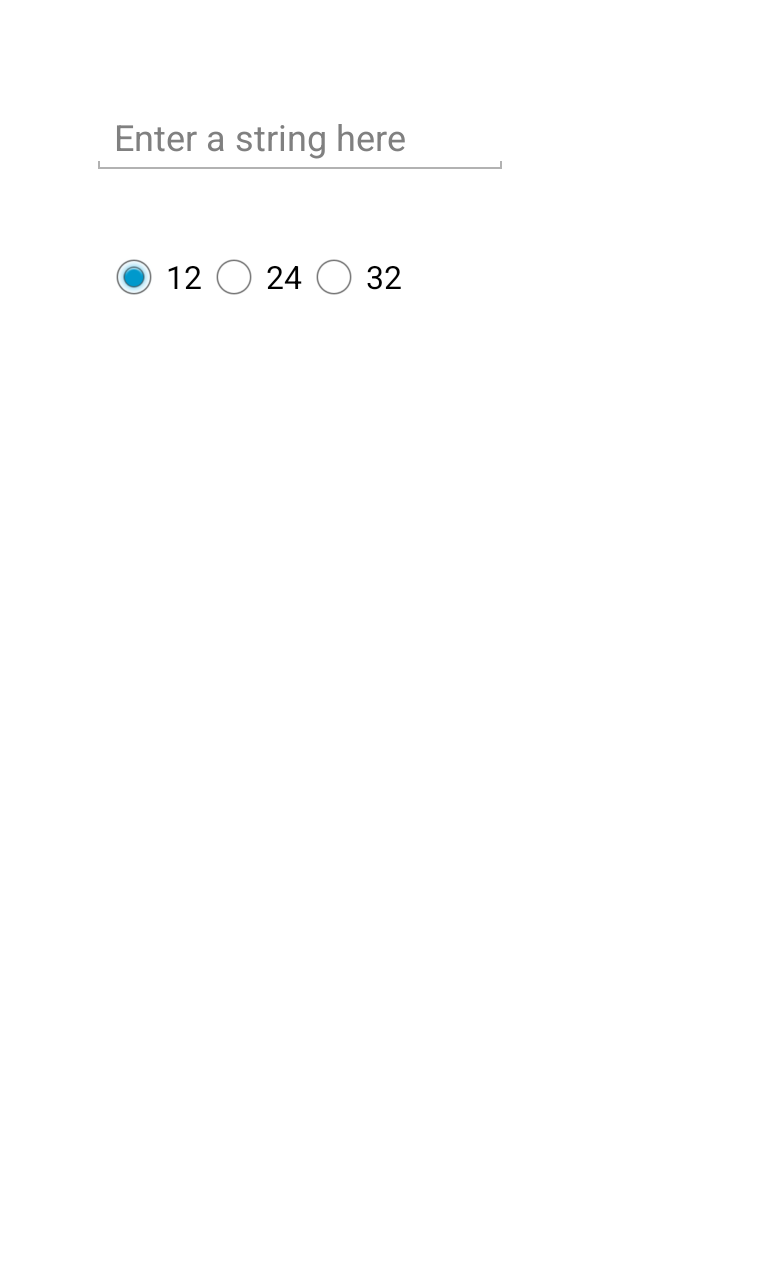
Repository: 12030121030/eventhandling
Layout: TextFormatter/res/layout/activity_main.xml
These files come from the project's save history. The layout is drawn as it stood at one moment and after the next save; the edit follows.
It is drawn on a 768 x 1280 px phone screen (xhdpi) without system bars, with theme AppTheme; the app's code is not run.

Above is the layout before, as saved 2015-01-02 03:23:35.

After the next save:
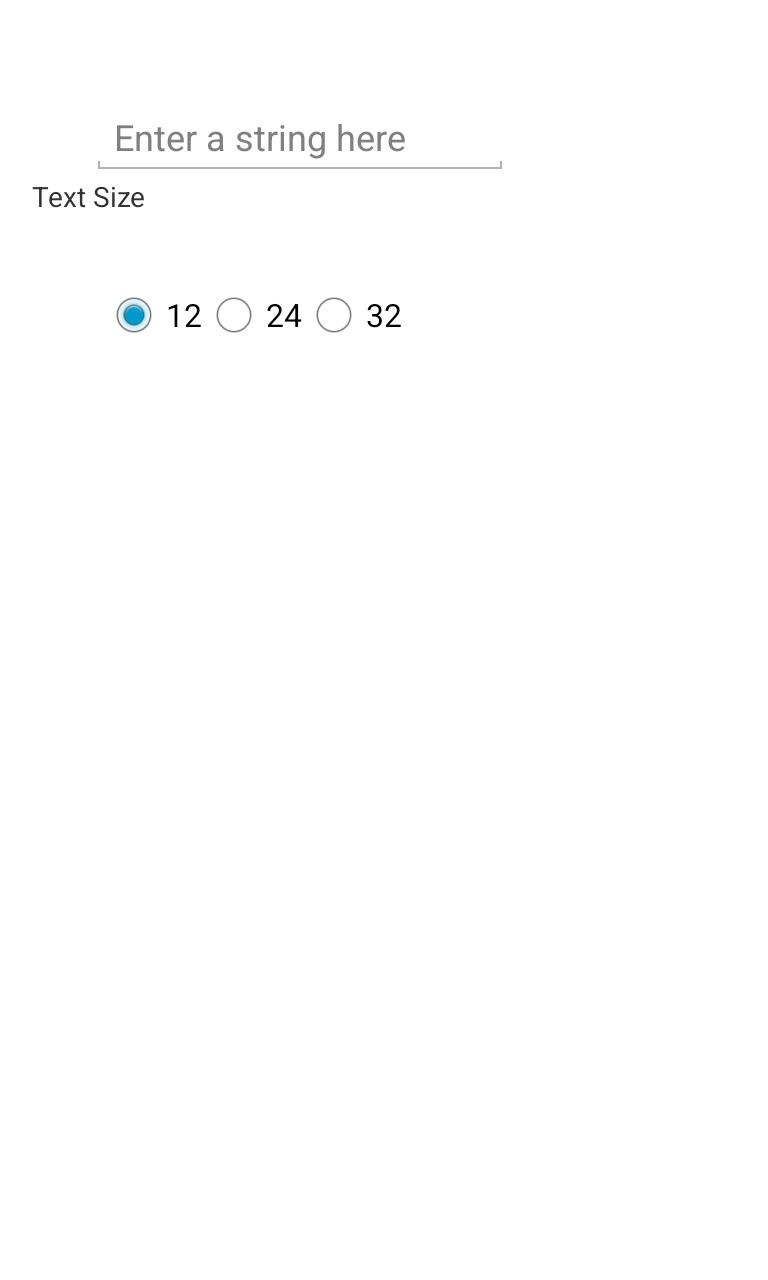
Saved 20 s later.
--- a/TextFormatter/res/layout/activity_main.xml
+++ b/TextFormatter/res/layout/activity_main.xml
@@ -20,6 +20,12 @@
         android:ems="10"
         android:hint="Enter a string here"
         android:inputType="textPersonName" />
+
+    <TextView
+        android:id="@+id/textView1"
+        android:layout_width="wrap_content"
+        android:layout_height="wrap_content"
+        android:text="Text Size" />
 
     <RadioGroup
         android:id="@+id/radioGroup1"
